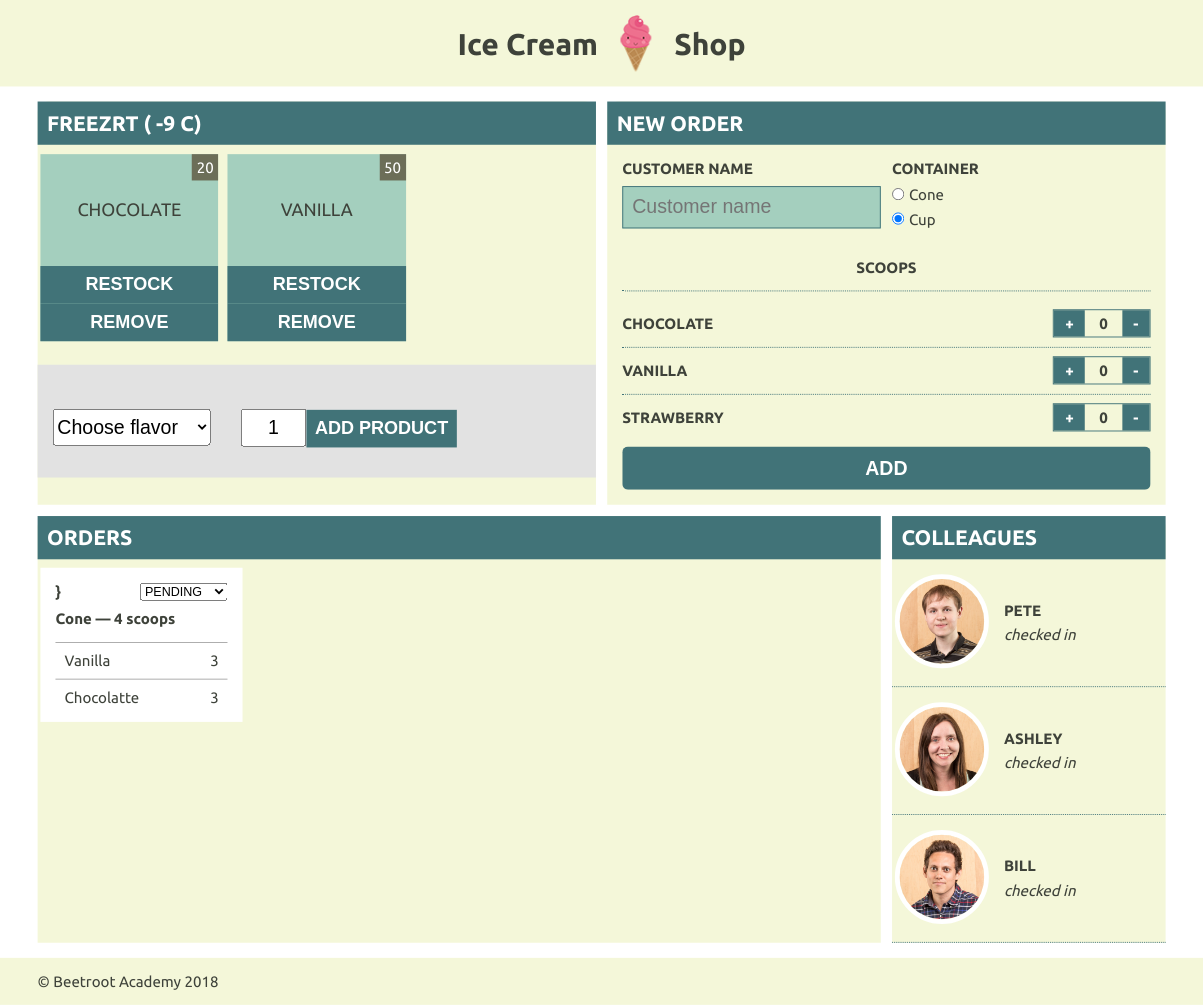
Repository: AlSemyon/Ice_Cream_Shop
Page: /, after clicking the first element matching `button.order-button`
An editor plug-in stored every save of this project. The page is shown before and after the next save, followed by the edit.
The browser window is 1280 px wide. The pictures show the whole page, at 94% of full size.
The project was rebuilt for these pictures with package versions that can differ from the ones it lists, and the page was loaded fresh each time.

Above is the page before, as saved 2019-01-06 13:51:29.

After the next save:
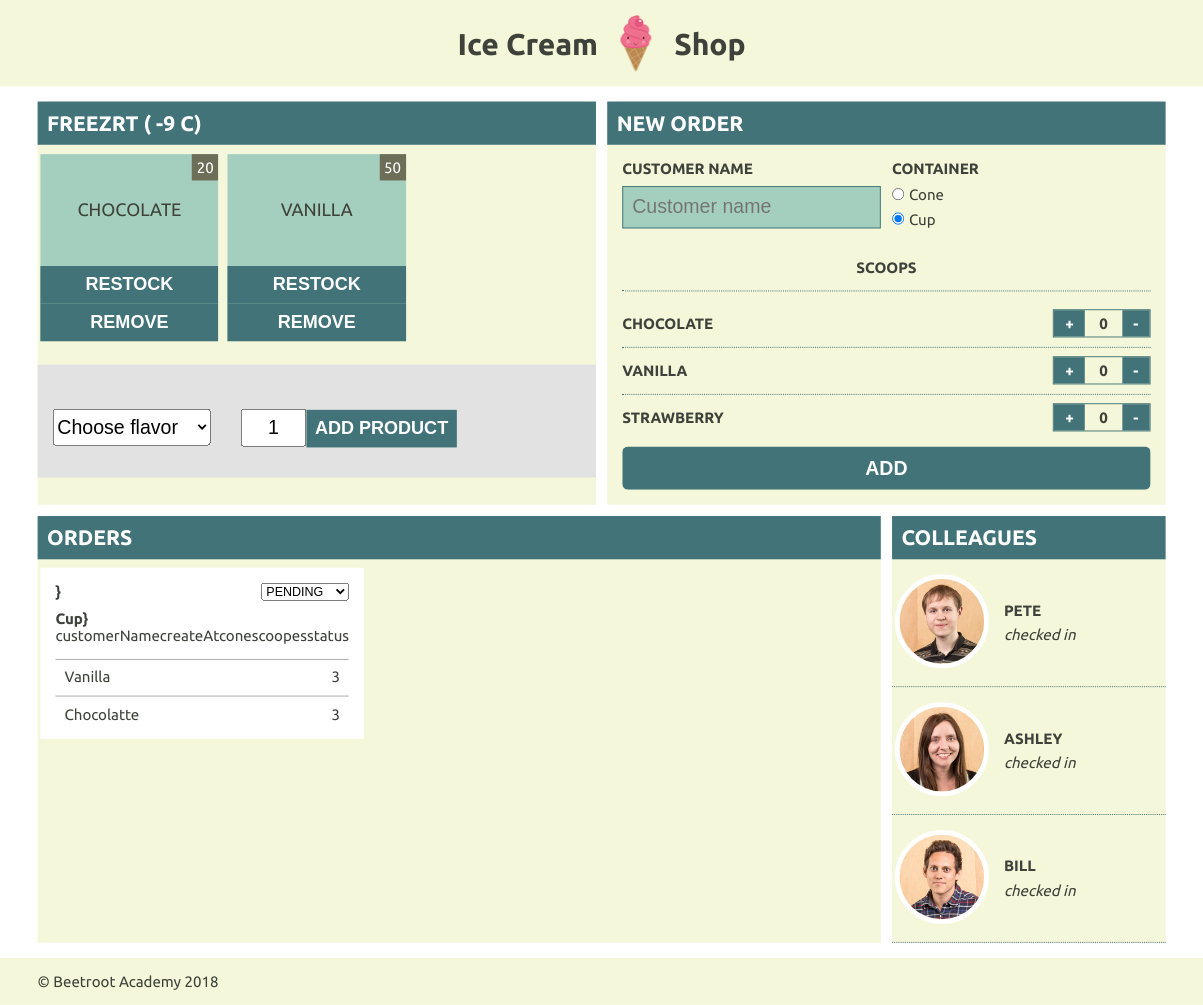
Saved 2 min 45 s later.
--- a/src/components/orderTicket/Order.js
+++ b/src/components/orderTicket/Order.js
@@ -20,8 +20,9 @@
                     </select>
                 </div>
 
-                <p className="order-count">Cone — 4 scoops</p>
+                <p className="order-count">{order.cone ? 'Cone' : 'Cup'}}</p>
 
+                {Object.keys(order)}
                 <div className="order-item">
                     <div className="order-flavor__item">
                         <span className="order-item__title">Vanilla</span>

After the save that followed:
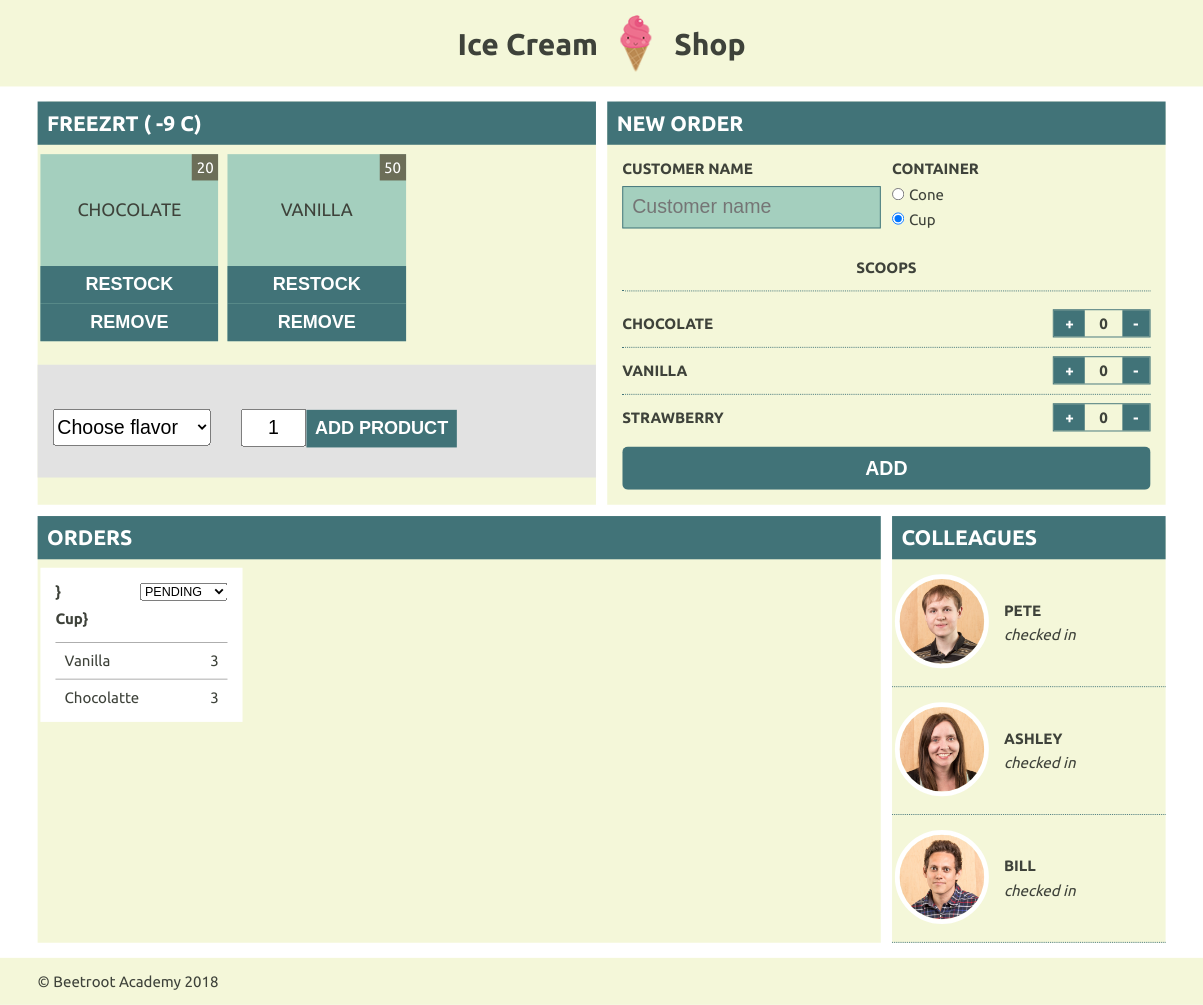
Saved 63 s later.
--- a/src/components/orderTicket/Order.js
+++ b/src/components/orderTicket/Order.js
@@ -22,7 +22,7 @@
 
                 <p className="order-count">{order.cone ? 'Cone' : 'Cup'}}</p>
 
-                {Object.keys(order)}
+
                 <div className="order-item">
                     <div className="order-flavor__item">
                         <span className="order-item__title">Vanilla</span>
